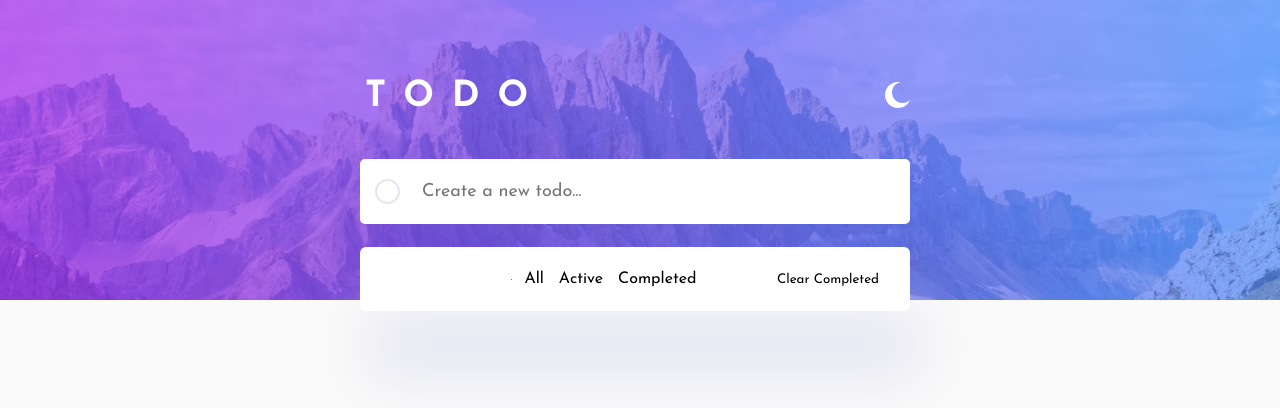
Repository: Haviles04/todoapp
Page: /
An editor plug-in stored every save of this project. The page is shown before and after the next save, followed by the edit.
The browser window is 1280 px wide. The pictures show the whole page.
The project was rebuilt for these pictures with package versions that can differ from the ones it lists, and the page was loaded fresh each time.

Above is the page before, as saved 2022-10-22 11:32:55.

After the next save:
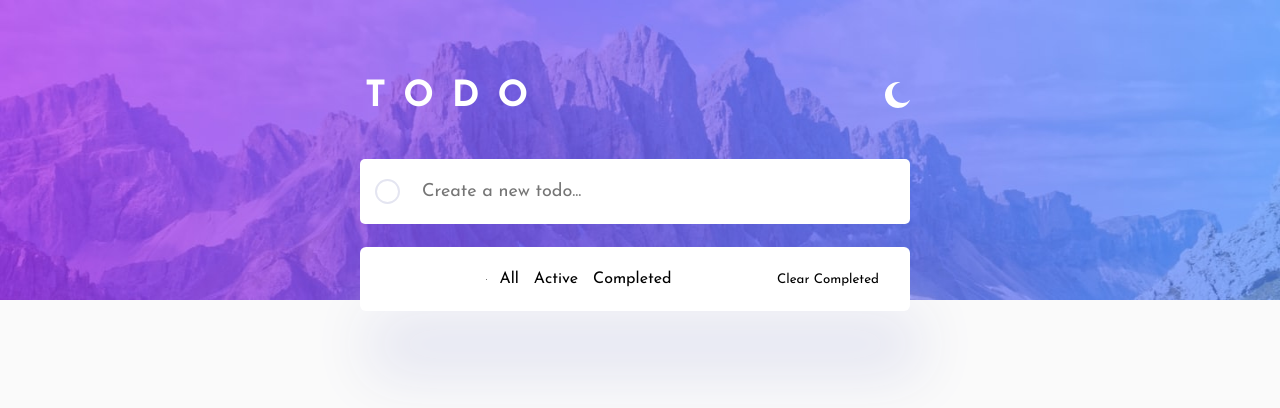
Saved 6 s later.
--- a/src/components/taskList/taskList.css
+++ b/src/components/taskList/taskList.css
@@ -74,7 +74,7 @@
 
 .todoCount {
     margin-left: 25px;
-    width:50px;
+    width:auto;
     box-sizing: border-box;
 }
 
